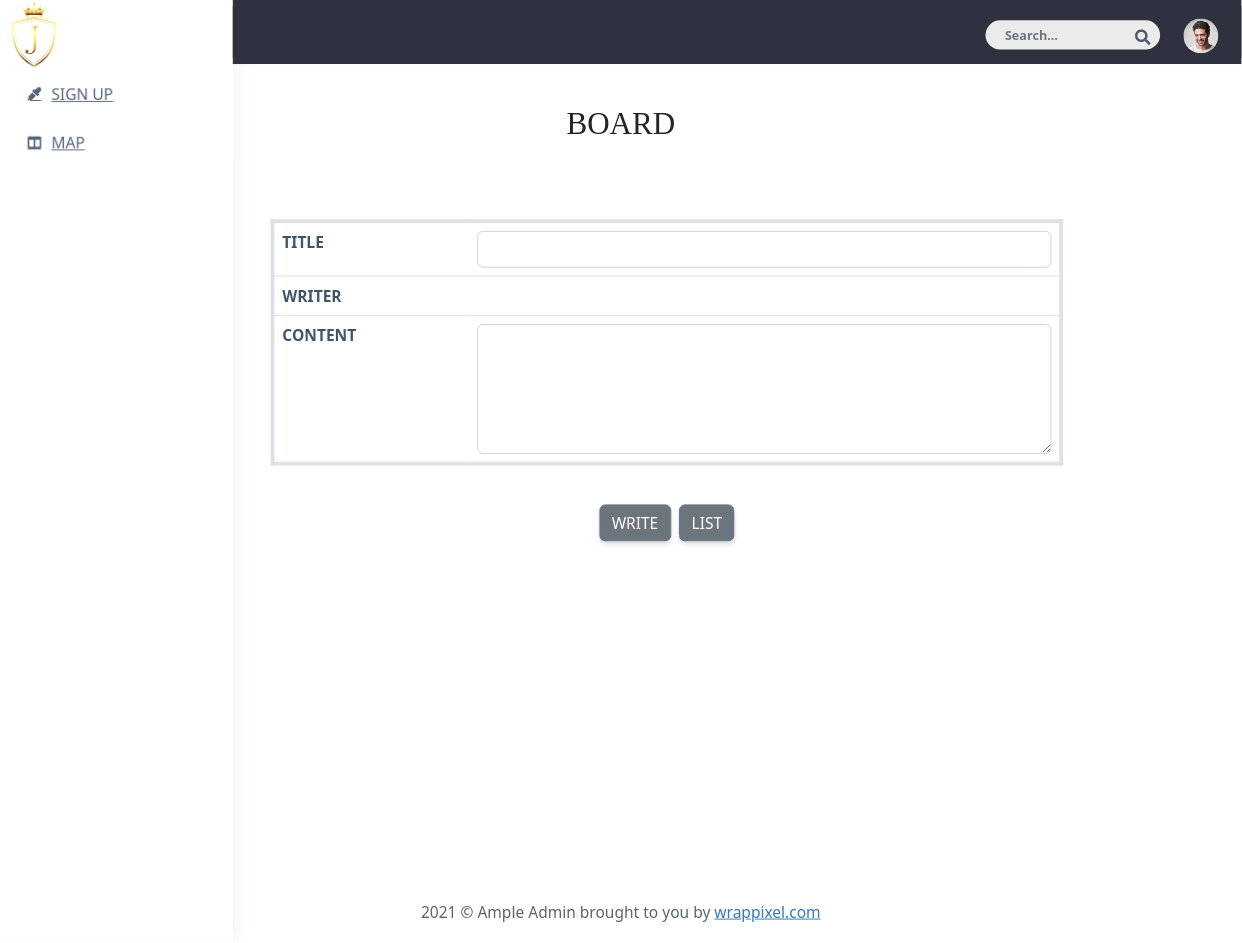
Repository: chopilyeon/HanaOpenBanking
Page: http://localhost/OpenBanking/jsp/board/boardWriteForm.jsp
The author's editor kept a copy of each file at every save. The page is drawn from the files as they stood at one save, then again after the next save.
The browser window is 1280 px wide. The pictures show the whole page, at 97% of full size.
Some web fonts or font styles are not loaded; a fallback is used. The page is served by Tomcat 9. Other server files are loaded and not shown.

Above is the page before, as saved 2022-07-27 14:08:14.
Console error: ReferenceError: $ is not defined

### OpenBanking/src/main/webapp/jsp/board/boardWriteForm.jsp
<%@ page language="java" contentType="text/html; charset=UTF-8"
    pageEncoding="UTF-8"%>
<%@ taglib prefix="c" uri="http://java.sun.com/jsp/jstl/core" %>
<!DOCTYPE html>
<html>
<head>
<meta charset="utf-8">
    <meta http-equiv="X-UA-Compatible" content="IE=edge">
    <!-- Tell the browser to be responsive to screen width -->
    <meta name="viewport" content="width=device-width, initial-scale=1">
    <meta name="keywords"
        content="wrappixel, admin dashboard, html css dashboard, web dashboard, bootstrap 5 admin, bootstrap 5, css3 dashboard, bootstrap 5 dashboard, Ample lite admin bootstrap 5 dashboard, frontend, responsive bootstrap 5 admin template, Ample admin lite dashboard bootstrap 5 dashboard template">
    <meta name="description"
        content="Ample Admin Lite is powerful and clean admin dashboard template, inpired from Bootstrap Framework">
    <meta name="robots" content="noindex,nofollow">
    <title>J investment bank</title>
    <link rel="canonical" href="https://www.wrappixel.com/templates/ample-admin-lite/" />
    <!-- Favicon icon -->
    <link rel="icon" type="image/png" sizes="16x16" href="/OpenBanking/resources/images/favicon.png">
    <!-- Custom CSS -->
    <link href="/OpenBanking/resources/css/chartist.min.css" rel="stylesheet">
    <link rel="stylesheet" href="/OpenBanking/resources/css/chartist-plugin-tooltip.css">
    <!-- Custom CSS -->
    <link href="/OpenBanking/resources/css/style.min.css" rel="stylesheet">
    <link href="/OpenBanking/resources/css/onlyForMe.css" rel="stylesheet">
    <!-- CSS only -->
    <link href="https://cdn.jsdelivr.net/npm/bootstrap@5.2.0-beta1/dist/css/bootstrap.min.css" rel="stylesheet" integrity="sha384-0evHe/X+R7YkIZDRvuzKMRqM+OrBnVFBL6DOitfPri4tjfHxaWutUpFmBp4vmVor" crossorigin="anonymous">



<!-- JavaScript Bundle with Popper -->
<script src="https://cdn.jsdelivr.net/npm/bootstrap@5.2.0-beta1/dist/js/bootstrap.bundle.min.js" integrity="sha384-pprn3073KE6tl6bjs2QrFaJGz5/SUsLqktiwsUTF55Jfv3qYSDhgCecCxMW52nD2" crossorigin="anonymous"></script>

 <!-- FONT -->
<link rel="preconnect" href="https://fonts.googleapis.com">
<link rel="preconnect" href="https://fonts.gstatic.com" crossorigin>
<link href="https://fonts.googleapis.com/css2?family=Libre+Baskerville:ital@1&display=swap" rel="stylesheet">



<script>
	$(document).ready(function(){
		$('#listBtn').click(function(){
			location.href="${pageContext.request.contextPath}/board/list.do"
		})

	})

	 function checkForm(){

		let f = document.writeForm
		if(f.title.value==''){
			document.getElementById("trigger").click();
			f.title.focus()
			return false
		}

		if(f.content.value==''){
			document.getElementById("trigger").click();
			f.content.focus()
			return false
		}
		return true;
	}
</script>


</head>
<body>


	<jsp:include page="/jsp/include/topAndSide.jsp" />

	<section class="">

		<div align="center" class="">
		<h2 class="mt-5">BOARD</h2>
		<br>


		<div class="d-flex justify-content-center">

			<div class="container">
				<div class="row">
				<div class="col-md-1"></div>
					<div class="col-md-11">



	<form action="${pageContext.request.contextPath}/board/writeProcess.do" method="post" name="writeForm" onsubmit="return checkForm()" class="mt-5">

		<input type="hidden" name ="id" value="${userVO.id}" >
		<table border="1" style="width:80%" class="table border border-4">
			<tr>

				<th class="">TITLE</th>
				<td><input type="text" name="title" class="form-control input-sm"></td>


			</tr>
			<tr>

				<th width ="25%" class="ml-5">WRITER</th>
				<td>${userVO.id }</td>

			</tr>
			<tr>
				<th width ="25%" class="ml-5">CONTENT</th>
				<td>
					<textarea rows="5" cols="80" name="content" class="form-control md-textarea"></textarea>
				</td>
			</tr>
		</table>
		<br>
		<input type="submit" value="WRITE" class="btn btn-secondary">&nbsp;

	<form>

	<button id="listBtn" class="btn btn-secondary">LIST</button>
	</div>
	</div>
	</div>
	</div>


		<!-- Button trigger modal -->
	<button type="button" class="btn btn-primary" id="trigger" data-bs-toggle="modal" data-bs-target="#exampleModal">
 		 Launch demo modal
	</button>


	<!-- Modal -->
	<div class="modal fade" id="exampleModal" tabindex="-1" aria-labelledby="exampleModalLabel" aria-hidden="true">
  		<div class="modal-dialog">
    		<div class="modal-content py-5">
    			 <div class="modal-body">
     	 			 <p class="fs-6 text-center">PLEASE WRITE TITLE AND CONTENT</p>

     	 			 <p class="fs-6 text-center">THANK YOU   ${userVO.id}! <p>



     			</div>
   			 </div>
  		</div>
	</div>






</section>

















	</section>








	<jsp:include page="/jsp/include/footer.jsp" />


<script>





document.addEventListener("DOMContentLoaded",()=>{

 	document.getElementById("trigger").style.display = 'none';
	document.getElementById("click").style.display = 'none';


 	const fail = document.getElementById("fail");

 	fail.addEventListener("click",()=>{
 		document.getElementById("click").click();
 	});



 });

</script>







 <script src="/OpenBanking/resources/js/jquery.min.js"></script>
    <!-- Bootstrap tether Core JavaScript -->
    <script src="/OpenBanking/resources/js/bootstrap.bundle.min.js"></script>
    <script src="/OpenBanking/resources/js/app-style-switcher.js"></script>
    <script src="/OpenBanking/resources/js/jquery.sparkline.min.js"></script>
    <!--Wave Effects -->
    <script src="/OpenBanking/resources/js/waves.js"></script>
    <!--Menu sidebar -->
    <script src="/OpenBanking/resources/js/sidebarmenu.js"></script>
    <!--Custom JavaScript -->
    <script src="/OpenBanking/resources/js/custom.js"></script>
    <!--This page JavaScript -->
    <!--chartis chart-->
    <script src="/OpenBanking/resources/js/chartist.min.js"></script>
    <script src="/OpenBanking/resources/js/chartist-plugin-tooltip.min.js"></script>
    <script src="/OpenBanking/resources/js/dashboard1.js"></script>




</body>
</html>

### OpenBanking/src/main/webapp/jsp/include/topAndSide.jsp
<%@ page language="java" contentType="text/html; charset=UTF-8"
    pageEncoding="UTF-8"%>
<%@ taglib prefix="c" uri="http://java.sun.com/jsp/jstl/core" %>

  <!-- ============================================================== -->
    <!-- Preloader - style you can find in spinners.css -->
    <!-- ============================================================== -->
    <div class="preloader">
        <div class="lds-ripple">
            <div class="lds-pos"></div>
            <div class="lds-pos"></div>
        </div>
    </div>
    <!-- ============================================================== -->
    <!-- Main wrapper - style you can find in pages.scss -->
    <!-- ============================================================== -->
    <div id="main-wrapper" data-layout="vertical" data-navbarbg="skin5" data-sidebartype="full"
        data-sidebar-position="absolute" data-header-position="absolute" data-boxed-layout="full">
        <!-- ============================================================== -->
        <!-- Topbar header - style you can find in pages.scss -->
        <!-- ============================================================== -->
        <header class="topbar" data-navbarbg="skin5">
            <nav class="navbar top-navbar navbar-expand-md navbar-dark">
                <div class="navbar-header" data-logobg="skin6">
                    <!-- ============================================================== -->
                    <!-- Logo -->
                    <!-- ============================================================== -->
                    <a class="navbar-brand" href="${pageContext.request.contextPath}/welcome.do">
                        <!-- Logo icon -->
                        <b class="logo-icon">
                            <!-- Dark Logo icon -->
                            <img src="/OpenBanking/resources/images/J_LOGO.png" alt="homepage" width="50" class="rounded mx-auto d-block">
                        </b>
                        <!--End Logo icon -->
                        <!-- Logo text -->
                        <span class="">
                            <!-- dark Logo text -->

                        </span>
                    </a>
                    <!-- ============================================================== -->
                    <!-- End Logo -->
                    <!-- ============================================================== -->
                    <!-- ============================================================== -->
                    <!-- toggle and nav items -->
                    <!-- ============================================================== -->
                    <a class="nav-toggler waves-effect waves-light text-dark d-block d-md-none"
                        href="javascript:void(0)"><i class="ti-menu ti-close"></i></a>
                </div>
                <!-- ============================================================== -->
                <!-- End Logo -->
                <!-- ============================================================== -->
                <div class="navbar-collapse collapse" id="navbarSupportedContent" data-navbarbg="skin5">

                    <!-- ============================================================== -->
                    <!-- Right side toggle and nav items -->
                    <!-- ============================================================== -->
                    <ul class="navbar-nav ms-auto d-flex align-items-center">

                        <!-- ============================================================== -->
                        <!-- Search -->
                        <!-- ============================================================== -->
                        <li class=" in">
                            <form role="search" class="app-search d-none d-md-block me-3">
                                <input type="text" placeholder="Search..." class="form-control mt-0">
                                <a href="#" class="active">
                                    <i class="fa fa-search"></i>
                                </a>
                            </form>
                        </li>
                        <!-- ============================================================== -->
                        <!-- User profile and search -->
                        <!-- ============================================================== -->
                        <li>
                            <a class="profile-pic" href="#">
                                <img src="/OpenBanking/resources/images/users/varun.jpg" alt="user-img" width="36"
                                    class="img-circle"><span class="text-white font-medium f-3">${userVO.id}</span></a>
                        </li>

                    <c:if test="${ not empty userVO }">
                        <li>
                            <a href="${pageContext.request.contextPath}/logout.do">
                              <button type="button" class="btn btn-primary btn-sm m-2">LOGOUT</button>
                            </a>
                        </li>

                	 </c:if>
                        <!-- ============================================================== -->
                        <!-- User profile and search -->
                        <!-- ============================================================== -->
                    </ul>
                </div>
            </nav>
        </header>
        <!-- ============================================================== -->
        <!-- End Topbar header -->
        <!-- ============================================================== -->
        <!-- ============================================================== -->
        <!-- Left Sidebar - style you can find in sidebar.scss  -->
        <!-- ============================================================== -->
        <aside class="left-sidebar" data-sidebarbg="skin6">
            <!-- Sidebar scroll-->
            <div class="scroll-sidebar">
                <!-- Sidebar navigation-->

                <nav class="sidebar-nav navbar">
                    <ul id="sidebarnav">
                        <!-- User Profile-->
                        <c:if test="${userVO.openBanking eq 'Y' }">

                        	<li class="sidebar-item pt-2">
                            	<a class="sidebar-link waves-effect waves-dark sidebar-link" href="${pageContext.request.contextPath}/Member/DashBoard.do"
                                	aria-expanded="false">
                                		<i class="far fa-clock" aria-hidden="true"></i>
                                	<span class="hide-menu">ASSET STATUS</span>
                            	</a>
                        	</li>
                        </c:if>


              	 		<c:choose>
							<c:when test="${ not empty userVO }">

                        <li class="sidebar-item">
                            <a class="sidebar-link waves-effect waves-dark sidebar-link" href="${pageContext.request.contextPath}/Member/checkInfo.do"
                                aria-expanded="false">
                                <i class="fa fa-user" aria-hidden="true"></i>
                                <span class="hide-menu">MEMBER INFO</span>
                            </a>
                        </li>



                         <li class="sidebar-item">
                            <a class="sidebar-link waves-effect waves-dark sidebar-link" href="${pageContext.request.contextPath}/bank/openBank.do"
                                aria-expanded="false">
                                <i class="fa fa-globe" aria-hidden="true"></i>
                                <span class="hide-menu">BANK SERVICE</span>
                            </a>
                        </li>




                        <li class="sidebar-item">
                            <a class="sidebar-link waves-effect waves-dark sidebar-link" href="${pageContext.request.contextPath}/board/list.do"
                                aria-expanded="false">
                                <i class="fas fa-eye-dropper" aria-hidden="true"></i>
                                <span class="hide-menu">Q&A</span>
                            </a>
                        </li>



    					 </c:when>
          					<c:otherwise>

                        <li class="sidebar-item">
                            <a class="sidebar-link waves-effect waves-dark sidebar-link" href="${pageContext.request.contextPath}/login.do"
                                aria-expanded="false">
                                <i class=" fas fa-eye-dropper" aria-hidden="true"></i>
                                <span class="hide-menu">SIGN UP</span>
                            </a>
                        </li>

                         <li class="sidebar-item">
                            <a class="sidebar-link waves-effect waves-dark sidebar-link" href="${pageContext.request.contextPath}/map.do"
                                aria-expanded="false">
                                <i class="fa fa-columns" aria-hidden="true"></i>
                                <span class="hide-menu">MAP</span>
                            </a>
                        </li>



              			</c:otherwise>
         			</c:choose>

                    </ul>

                </nav>
                <!-- End Sidebar navigation -->
            </div>
            <!-- End Sidebar scroll-->
        </aside>
        <!-- ============================================================== -->
        <!-- End Left Sidebar - style you can find in sidebar.scss  -->
        <!-- ============================================================== -->
        <!-- ============================================================== -->
        <!-- Page wrapper  -->
        <!-- ============================================================== -->

### OpenBanking/src/main/webapp/jsp/include/footer.jsp
<%@ page language="java" contentType="text/html; charset=UTF-8"
    pageEncoding="UTF-8"%>
  <footer class="footer text-center">
  	2021 © Ample Admin brought to you by <a href="#">wrappixel.com</a>
  </footer>

### OpenBanking/src/main/webapp/resources/css/onlyForMe.css
@charset "UTF-8";

body,h2,h3,h4,h5{
	font-family: 'Libre Baskerville', serif;
}

.btn btn-primary{

	font-family: 'Libre Baskerville', serif;

}

h3,p{

	font-family: 'Libre Baskerville', serif;

}





.onlyfor{
	background:url('../images/city.jpg');
	background-size:cover;

}




.onlyfor1{
	background:url('../images/river.jpg');
	background-size:cover;

}




section{
	min-height:800px;

}

.carousel-item{
	height:900px;
}



.carousel-image-1{
	background:url('/OpenBanking/resources/images/city1.jpg');
	background-size:cover;
}

.carousel-image-2{
		background:url('/OpenBanking/resources/images/picture2.jpg');
		background-size:cover;
}

.carousel-image-3{

		background:url('/OpenBanking/resources/images/coffee.jpg');
		background-size:cover;
}



.highcharts-figure,
.highcharts-data-table table {
  min-width: 360px;
  max-width: 800px;
  margin: 1em auto;
}

.highcharts-data-table table {
  font-family: Verdana, sans-serif;
  border-collapse: collapse;
  border: 1px solid #ebebeb;
  margin: 10px auto;
  text-align: center;
  width: 100%;
  max-width: 500px;
}

.highcharts-data-table caption {
  padding: 1em 0;
  font-size: 1.2em;
  color: #555;
}

.highcharts-data-table th {
  font-weight: 600;
  padding: 0.5em;
}

.highcharts-data-table td,
.highcharts-data-table th,
.highcharts-data-table caption {
  padding: 0.5em;
}

.highcharts-data-table thead tr,
.highcharts-data-table tr:nth-child(even) {
  background: #f8f8f8;
}

.highcharts-data-table tr:hover {
  background: #f1f7ff;
}

### OpenBanking/src/main/webapp/resources/js/sidebarmenu.js
/*
Template Name: Admin Template
Author: Wrappixel

File: js
*/
// ==============================================================
// Auto select left navbar
// ==============================================================
$(function() {
    "use strict";
     var url = window.location + "";
        var path = url.replace(window.location.protocol + "//" + window.location.host + "/", "");
        var element = $('ul#sidebarnav a').filter(function() {
            return this.href === url || this.href === path;// || url.href.indexOf(this.href) === 0;
        });
        element.parentsUntil(".sidebar-nav").each(function (index)
        {
            if($(this).is("li") && $(this).children("a").length !== 0)
            {
                $(this).children("a").addClass("active");
                $(this).parent("ul#sidebarnav").length === 0
                    ? $(this).addClass("active")
                    : $(this).addClass("selected");
            }
            else if(!$(this).is("ul") && $(this).children("a").length === 0)
            {
                $(this).addClass("selected");

            }
            else if($(this).is("ul")){
                $(this).addClass('in');
            }

        });

    element.addClass("active");
    $('#sidebarnav a').on('click', function (e) {

            if (!$(this).hasClass("active")) {
                // hide any open menus and remove all other classes
                $("ul", $(this).parents("ul:first")).removeClass("in");
                $("a", $(this).parents("ul:first")).removeClass("active");

                // open our new menu and add the open class
                $(this).next("ul").addClass("in");
                $(this).addClass("active");

            }
            else if ($(this).hasClass("active")) {
                $(this).removeClass("active");
                $(this).parents("ul:first").removeClass("active");
                $(this).next("ul").removeClass("in");
            }
    })
    $('#sidebarnav >li >a.has-arrow').on('click', function (e) {
        e.preventDefault();
    });

});

### OpenBanking/src/main/webapp/resources/js/custom.js
$(function() {
    "use strict";

    $(".preloader").fadeOut();
    // this is for close icon when navigation open in mobile view
    $(".nav-toggler").on('click', function() {
        $("#main-wrapper").toggleClass("show-sidebar");
        $(".nav-toggler i").toggleClass("ti-menu");
    });
    $(".search-box a, .search-box .app-search .srh-btn").on('click', function() {
        $(".app-search").toggle(200);
        $(".app-search input").focus();
    });

    // ==============================================================
    // Resize all elements
    // ==============================================================
    $("body, .page-wrapper").trigger("resize");
    $(".page-wrapper").delay(20).show();

    //****************************
    /* This is for the mini-sidebar if width is less then 1170*/
    //****************************
    var setsidebartype = function() {
        var width = (window.innerWidth > 0) ? window.innerWidth : this.screen.width;
        if (width < 1170) {
            $("#main-wrapper").attr("data-sidebartype", "mini-sidebar");
        } else {
            $("#main-wrapper").attr("data-sidebartype", "full");
        }
    };
    $(window).ready(setsidebartype);
    $(window).on("resize", setsidebartype);

});

Loaded but not shown: OpenBanking/src/main/webapp/resources/css/chartist.min.css (library); OpenBanking/src/main/webapp/resources/css/chartist-plugin-tooltip.css (common file); OpenBanking/src/main/webapp/resources/css/style.min.css (library); OpenBanking/src/main/webapp/resources/css/icons/font-awesome/css/fontawesome-all.min.css (library); OpenBanking/src/main/webapp/resources/css/icons/themify-icons/themify-icons.css (common file); OpenBanking/src/main/webapp/resources/js/jquery.min.js (library); OpenBanking/src/main/webapp/resources/js/bootstrap.bundle.min.js (library); OpenBanking/src/main/webapp/resources/js/app-style-switcher.js (common file); OpenBanking/src/main/webapp/resources/js/jquery.sparkline.min.js (library); OpenBanking/src/main/webapp/resources/js/waves.js (library); OpenBanking/src/main/webapp/resources/js/chartist.min.js (library); OpenBanking/src/main/webapp/resources/js/chartist-plugin-tooltip.min.js (library); OpenBanking/src/main/webapp/resources/js/dashboard1.js (79 lines, source omitted)

After the next save:
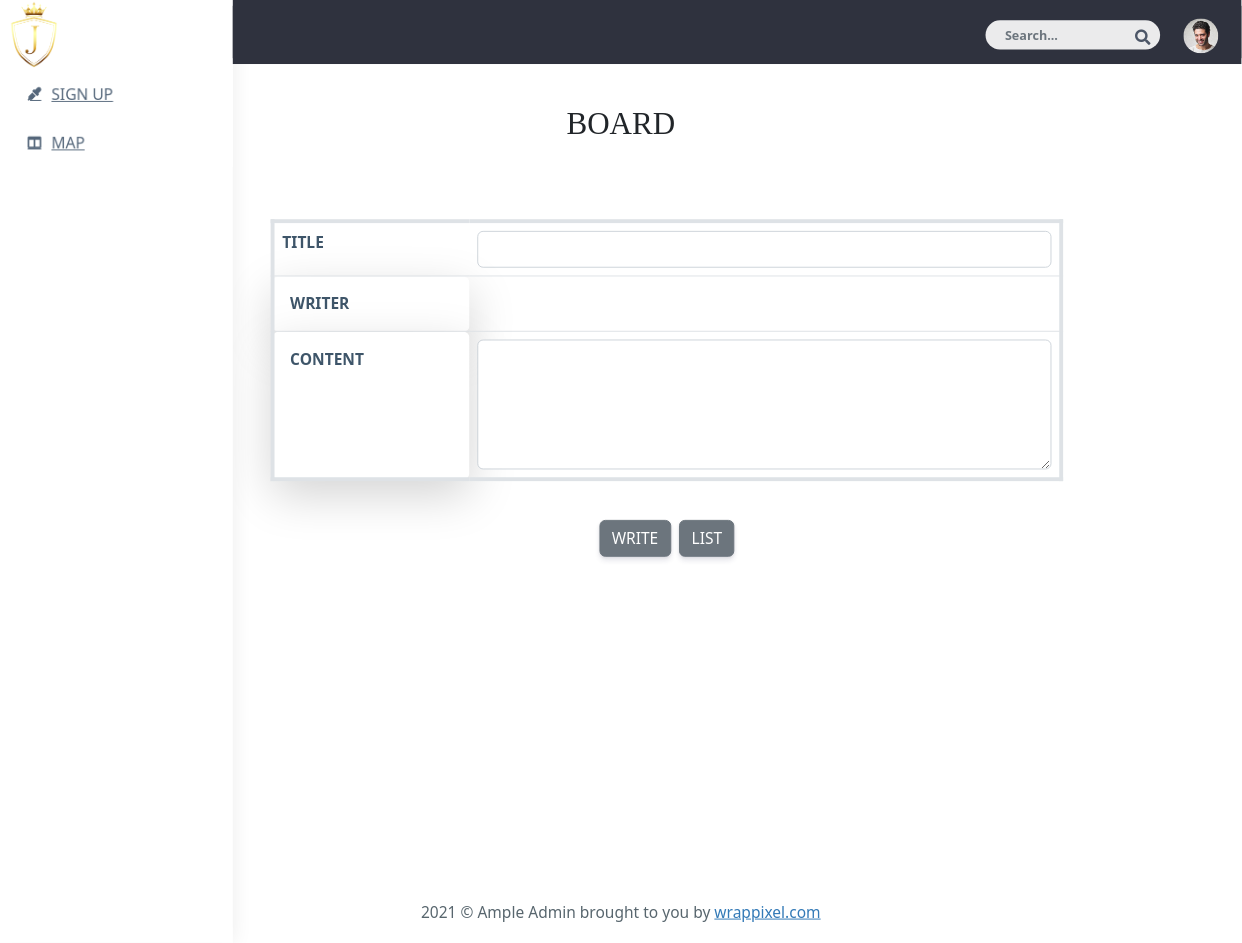
Saved 2 min 20 s later.
--- a/OpenBanking/src/main/webapp/jsp/board/boardWriteForm.jsp
+++ b/OpenBanking/src/main/webapp/jsp/board/boardWriteForm.jsp
@@ -100,12 +100,12 @@
 			</tr>
 			<tr>
 
-				<th width ="25%" class="ml-5">WRITER</th>
+				<th width ="25%" class="ml-5 shadow-lg p-3 mb-5 bg-body rounded">WRITER</th>
 				<td>${userVO.id }</td>
 
 			</tr>
 			<tr>
-				<th width ="25%" class="ml-5">CONTENT</th>
+				<th width ="25%" class="ml-5 shadow-lg p-3 mb-5 bg-body rounded">CONTENT</th>
 				<td>
 					<textarea rows="5" cols="80" name="content" class="form-control md-textarea"></textarea>
 				</td>
